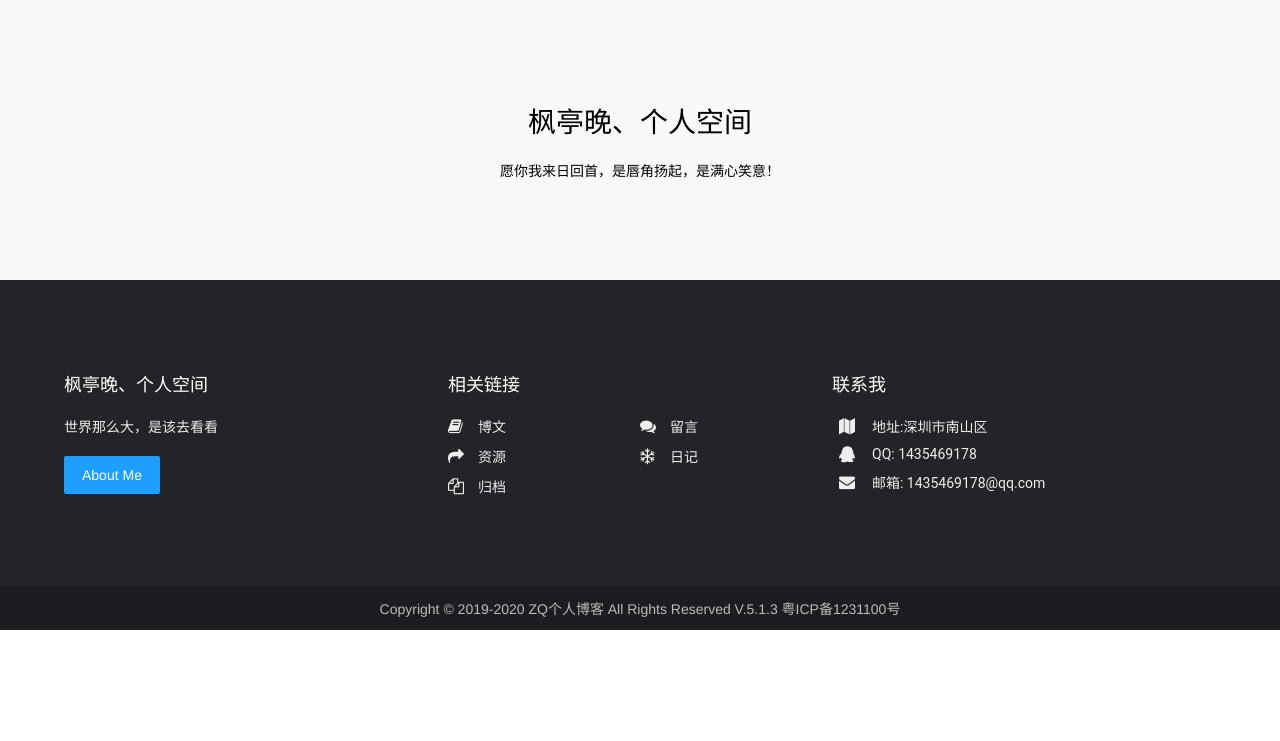
Repository: fengfi9/blog
Page: index.html
These files come from the project's save history. The page is drawn as it stood at one moment and after the next save; the edit follows.
The browser window is 1280 px wide. The pictures show the part of the page from y = 1837 to 2578 px (the page is 2578 px tall).
Backgrounds fixed to the window are drawn as part of the page.

Above is the page before, as saved 2020-10-21 10:55:20.

### index.html
<!DOCTYPE html>
<html lang="zh-Hans-CN">

<head>
    <meta charset="utf-8">
    <meta http-equiv="X-UA-Compatible" content="IE=edge,chrome=1" />
    <meta name="renderer" content="webkit">
    <meta name="viewport" content="width=device-width" />
    <title>枫亭晚、个人博客</title>
    <meta name="keywords" content="">
    <meta name="description" content="">
    <link href="layui/css/layui.css" rel="stylesheet" type="text/css">
    <link href="font-awesome/css/font-awesome.min.css" rel="stylesheet" type="text/css">
    <link href="css/index_style.css" rel="stylesheet" type="text/css">
    <link href="css/animate.min.css" rel="stylesheet" type="text/css">
</head>

<body>
    <div id="menu" class="hover_animation menu_open" data-mark="false">
        <span></span>
        <span></span>
        <span></span>
    </div>
    <div id="navgation" class="navgation navgation_close">
        <ul class="point">
            <li><a href="#">首页</a></li>
            <li><a href="article.html">博客</a></li>
            <li><a href="message.html">留言</a></li>
        </ul>
        <div class="logo"><a>枫亭晚归人</a></div>
    </div>
    <div class="section" id="section1">
        <div class="fp-tablecell">
            <div class="page1">
                <div class="nav wow zoomIn" data-wow-duration="2s">
                    <h1>初始</h1>
                    <p class="everyday"></p>
                    <a class="layui-btn layui-btn-normal" style="margin-top: 20px" href="article.html">走！ 去看看</a>
                </div>
                <a class="next wow fadeInUp" data-wow-duration="2s" id="next"></a>
            </div>
        </div>
    </div>
    <div class="section" id="section2">
        <div class="fp-tablecell">
            <div class="page2">
                <div class="warp-box">
                    <div class="new-article">
                        <div class="inner wow fadeInDown" data-wow-delay=".2s">
                            <h1>分门别类</h1>
                            <p>
                                恍然重忆少年事
                                <br>仍有涟漪泛心头
                            </p>
                        </div>
                    </div>
                    <div class="layui-row">
                        <div class="layui-col-xs12 layui-col-sm4 layui-col-md4  wow fadeInUp" style="padding: 0 10px">
                            <div class="single-news">
                                <div class="news-head">
                                    <img src="image/java.jpg">
                                    <a href="#" class="link"><i class="fa fa-link"></i></a>
                                </div>
                                <div class="news-content">
                                    <h4>
                                        <a href="#">
                                            Java专栏
                                        </a>
                                    </h4>
                                    <div class="date">
                                        2020年6月16日
                                    </div>
                                    <p>
                                        本专栏主要分享Java的各种常见问题，包括java学习路线，java基础，框架，微服务，项目，面试题，希望通过这些知识的分享能够提升自己的java水平
                                    </p>
                                    <a href="#" class="btn">
                                        阅读更多
                                    </a>
                                </div>
                            </div>
                        </div>
                        <div class="layui-col-xs12 layui-col-sm4 layui-col-md4  wow fadeInUp" data-wow-delay=".2s"
                            style="padding: 0 10px">
                            <div class="single-news">
                                <div class="news-head">
                                    <img src="image/web.jpg">
                                    <a href="#" class="link"><i class="fa fa-link"></i></a>
                                </div>
                                <div class="news-content">
                                    <h4>
                                        <a href="#">
                                            web前端专栏
                                        </a>
                                    </h4>
                                    <div class="date">
                                        2020年6月16日
                                    </div>
                                    <p>
                                        本栏目主要分享关于web前端的学习路线，基础知识，常用框架，面试题，项目等等
                                    </p>
                                    <a href="#" class="btn">
                                        阅读更多
                                    </a>
                                </div>
                            </div>
                        </div>
                        <div class="layui-col-xs12 layui-col-sm4 layui-col-md4  wow fadeInUp" data-wow-delay=".4s"
                            style="padding: 0 10px">
                            <div class="single-news">
                                <div class="news-head">
                                    <img src="image/dedecms.jpg">
                                    <a href="#" class="link"><i class="fa fa-link"></i></a>
                                </div>
                                <div class="news-content">
                                    <h4>
                                        <a href="#">
                                            DeDeCMS专栏
                                        </a>
                                    </h4>
                                    <div class="date">
                                        2020年6月16日
                                    </div>
                                    <p>
                                        本栏目主要介绍DeDeCMS网站内容管理系统，使用dede常见的问题，常用标签，插件，提供建站帮助
                                    </p>
                                    <a href="#" class="btn">
                                        阅读更多
                                    </a>
                                </div>
                            </div>
                        </div>
                    </div>
                </div>
            </div>
        </div>
    </div>
    <div class="section" id="section3">
        <div class="fp-tablecell">
            <div class="page3">
                <div class="warp-box">
                    <div class="warp">
                        <div class="inner">
                            <div class="links">
                                <ul>
                                    <li class="wow fadeInLeft"><a href="#">关于</a></li>
                                    <li class="wow fadeInRight"><a href="#">+友情链接</a></li>
                                </ul>
                            </div>
                        </div>
                    </div>
                </div>
            </div>
        </div>
    </div>
    <div class="section" id="section4">
        <div class="fp-tablecell">
            <div class="page4">
                <div class="warp-box">
                    <div class="about">
                        <div class="inner">
                            <h1 class="wow fadeInLeft">枫亭晚、个人空间</h1>
                            <p class="wow fadeInRight">
                                愿你我来日回首，是唇角扬起，是满心笑意！
                            </p>
                        </div>
                    </div>
                </div>
            </div>
        </div>
    </div>
    <footer class="footer wow fadeInUp" id="contact">
        <div class="footer-top">
            <div class="container">
                <div class="layui-row">
                    <div class="layui-col-xs12 layui-col-sm6 layui-col-md4">
                        <div class="single-widget about">
                            <div class="footer-logo">
                                <h2>枫亭晚、个人空间</h2>
                            </div>
                            <p>世界那么大，是该去看看</p>
                            <div class="button">
                                <a href="#" class="btn layui-btn layui-btn-normal">About Me</a>
                            </div>
                        </div>
                    </div>
                    <div class="layui-col-xs12 layui-col-sm6 layui-col-md4">
                        <div class="single-widget">
                            <h2>相关链接</h2>
                            <ul class="social-icon">
                                <li class="active"><a href="#"><i class="fa fa-book"></i>博文</a></li>
                                <li class="active"><a href="#"><i class="fa fa-comments"></i>留言</a></li>
                                <li class="active"><a href="#"><i class="fa fa-share"></i>资源</a></li>
                                <li class="active"><a href="#"><i class="fa fa-snowflake-o"></i>日记</a></li>
                                <li class="active"><a href="#"><i class="fa fa-files-o"></i>归档</a></li>
                            </ul>
                        </div>
                    </div>
                    <div class="layui-col-xs12 layui-col-sm12 layui-col-md4">
                        <div class="single-widget contact">
                            <h2>联系我</h2>
                            <ul class="list">
                                <li><i class="fa fa-map"></i>地址:深圳市南山区</li>
                                <li><i class="fa fa-qq"></i>QQ: 1435469178 </li>
                                <li><i class="fa fa-envelope"></i>邮箱: 1435469178@qq.com</li>
                            </ul>
                        </div>
                    </div>
                </div>
            </div>
        </div>
        <div class="copyright">
            <div class="container">
                <div class="layui-row">
                    <div class="layui-col-xs12 layui-col-sm12 layui-col-md12 text-center">
                        <p>Copyright &copy; 2019-2020 ZQ个人博客 All Rights Reserved V.5.1.3 粤ICP备1231100号</p>
                    </div>
                </div>
            </div>
        </div>
    </footer>
    <script src="layui/layui.js"></script>
    <script src="js/wow.min.js"></script>
    <script src="js/index.js"></script>
</body>

</html>

Loaded but not shown: layui/css/layui.css (library); font-awesome/css/font-awesome.min.css (library); css/animate.min.css (library); layui/layui.js (library); js/wow.min.js (library); layui/lay/modules/jquery.js (library); js/index.js (115 lines, source omitted); layui/lay/modules/util.js (2 lines, source omitted); css/index_style.css (844 lines, source omitted)

After the next save:
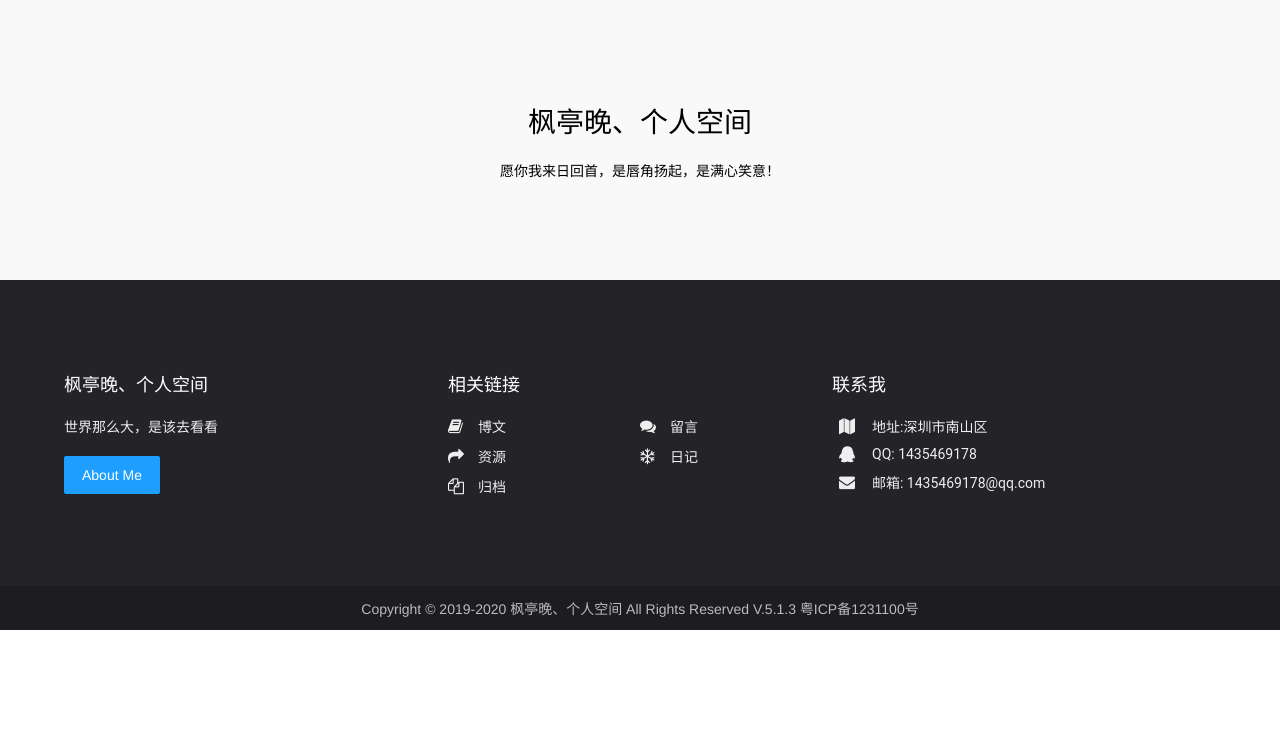
Saved 94 s later.
--- a/index.html
+++ b/index.html
@@ -187,8 +187,8 @@
                         <div class="single-widget">
                             <h2>相关链接</h2>
                             <ul class="social-icon">
-                                <li class="active"><a href="#"><i class="fa fa-book"></i>博文</a></li>
-                                <li class="active"><a href="#"><i class="fa fa-comments"></i>留言</a></li>
+                                <li class="active"><a href="article.html"><i class="fa fa-book"></i>博文</a></li>
+                                <li class="active"><a href="message.html"><i class="fa fa-comments"></i>留言</a></li>
                                 <li class="active"><a href="#"><i class="fa fa-share"></i>资源</a></li>
                                 <li class="active"><a href="#"><i class="fa fa-snowflake-o"></i>日记</a></li>
                                 <li class="active"><a href="#"><i class="fa fa-files-o"></i>归档</a></li>
@@ -212,7 +212,7 @@
             <div class="container">
                 <div class="layui-row">
                     <div class="layui-col-xs12 layui-col-sm12 layui-col-md12 text-center">
-                        <p>Copyright &copy; 2019-2020 ZQ个人博客 All Rights Reserved V.5.1.3 粤ICP备1231100号</p>
+                        <p>Copyright &copy; 2019-2020 枫亭晚、个人空间 All Rights Reserved V.5.1.3 粤ICP备1231100号</p>
                     </div>
                 </div>
             </div>
